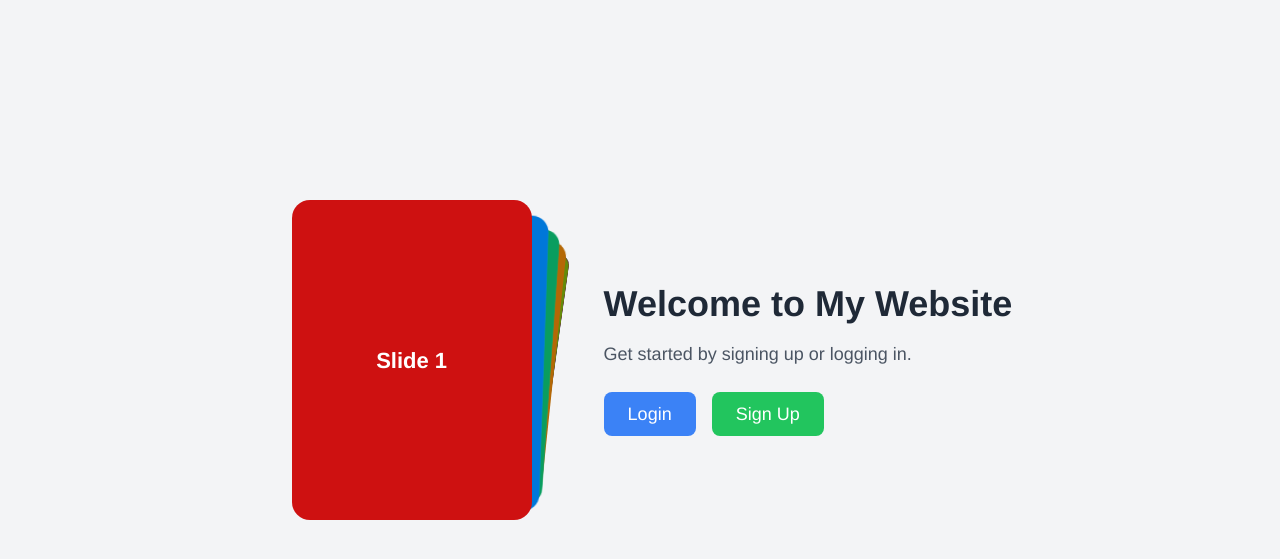
Repository: prathyushaa5/BuyYours
Page: / (app in Frontend/)
The author's editor kept a copy of each file at every save. The page is drawn from the files as they stood at one save, then again after the next save.
The browser window is 1280 px wide. The pictures show the whole page.
The project was rebuilt for these pictures with package versions that can differ from the ones it lists, and the page was loaded fresh each time. Also part of the build but not shown: Frontend/vite.config.js, Frontend/src/components/Login.jsx, Frontend/src/components/Signup.jsx, Frontend/src/components/Home.jsx.

Above is the page before, as saved 2025-02-12 08:32:58.

### Frontend/src/App.jsx
import { BrowserRouter as Router, Routes, Route } from "react-router-dom";
import { useState } from "react";
import Main from "./components/Main";
import Login from "./components/Login";
import Signup from "./components/Signup";
import Home from "./components/Home";

export default function App() {
  const [token, setToken] = useState(null);

  const handleLogin = (userToken) => {
    setToken(userToken);
  };

  return (
    <Router>
      <Routes>
        {/* Show Main page first */}
        <Route path="/" element={<Main />} />

        {/* Login Page */}
        <Route path="/login" element={<Login onLogin={handleLogin} />} />

        {/* Signup Page */}
        <Route path="/signup" element={<Signup />} />

        {/* Home Page (Protected) */}
        <Route path="/home" element={token ? <Home /> : <Login onLogin={handleLogin} />} />
      </Routes>
    </Router>
  );
}

### Frontend/src/components/Main.jsx
import { useNavigate } from "react-router-dom";
import { Swiper, SwiperSlide } from "swiper/react";
import { EffectCards } from "swiper/modules";
import "swiper/css";
import "swiper/css/effect-cards";
import "../style.css";

export default function Main() {
  const navigate = useNavigate();

  return (
    <div className="flex items-center justify-center min-h-screen bg-gray-100 p-6">
      {/* Left: Swiper Section */}
      <div className="w-72 mr-12">
      <Swiper
        effect={'cards'}
        grabCursor={true}
        modules={[EffectCards]}
        className="mySwiper"
      >
        <SwiperSlide>Slide 1</SwiperSlide>
        <SwiperSlide>Slide 2</SwiperSlide>
        <SwiperSlide>Slide 3</SwiperSlide>
        <SwiperSlide>Slide 4</SwiperSlide>
        <SwiperSlide>Slide 5</SwiperSlide>
        <SwiperSlide>Slide 6</SwiperSlide>
        <SwiperSlide>Slide 7</SwiperSlide>
        <SwiperSlide>Slide 8</SwiperSlide>
        <SwiperSlide>Slide 9</SwiperSlide>
      </Swiper>
      </div>

      {/* Right: Welcome Text & Buttons */}
      <div className="flex flex-col items-start">
        <h1 className="text-4xl font-extrabold text-gray-800 mb-4">
          Welcome to My Website
        </h1>
        <p className="text-lg text-gray-600 mb-6">
          Get started by signing up or logging in.
        </p>

        <div className="flex space-x-4">
          <button
            onClick={() => navigate("/login")}
            className="px-6 py-2 bg-blue-500 text-white text-lg rounded-lg hover:bg-blue-600 transition"
          >
            Login
          </button>
          <button
            onClick={() => navigate("/signup")}
            className="px-6 py-2 bg-green-500 text-white text-lg rounded-lg hover:bg-green-600 transition"
          >
            Sign Up
          </button>
        </div>
      </div>
    </div>
  );
}

### Frontend/src/style.css
#app { height: 100% }
html,
body {
  position: relative;
  height: 100%;
}

body {
  background: #eee;
  font-family: Helvetica Neue, Helvetica, Arial, sans-serif;
  font-size: 14px;
  color: #000;
  margin: 0;
  padding: 0;
}

body {
  background: #fff;
  font-family: Helvetica Neue, Helvetica, Arial, sans-serif;
  font-size: 14px;
  color: #000;
  margin: 0;
  padding: 0;
}

html,
body {
  position: relative;
  height: 100%;
}

#app {
  display: flex;
  justify-content: center;
  align-items: center;
}

.swiper {
  width: 240px;
  height: 320px;
}

.swiper-slide {
  display: flex;
  align-items: center;
  justify-content: center;
  border-radius: 18px;
  font-size: 22px;
  font-weight: bold;
  color: #fff;
}

.swiper-slide:nth-child(1n) {
  background-color: rgb(206, 17, 17);
}

.swiper-slide:nth-child(2n) {
  background-color: rgb(0, 140, 255);
}

.swiper-slide:nth-child(3n) {
  background-color: rgb(10, 184, 111);
}

.swiper-slide:nth-child(4n) {
  background-color: rgb(211, 122, 7);
}

.swiper-slide:nth-child(5n) {
  background-color: rgb(118, 163, 12);
}

.swiper-slide:nth-child(6n) {
  background-color: rgb(180, 10, 47);
}

.swiper-slide:nth-child(7n) {
  background-color: rgb(35, 99, 19);
}

.swiper-slide:nth-child(8n) {
  background-color: rgb(0, 68, 255);
}

.swiper-slide:nth-child(9n) {
  background-color: rgb(218, 12, 218);
}

.swiper-slide:nth-child(10n) {
  background-color: rgb(54, 94, 77);
}

Loaded but not shown: Frontend/index.html (common file); Frontend/src/main.jsx (common file); Frontend/src/index.css (common file); Frontend/tailwind.config.js (common file)

After the next save:
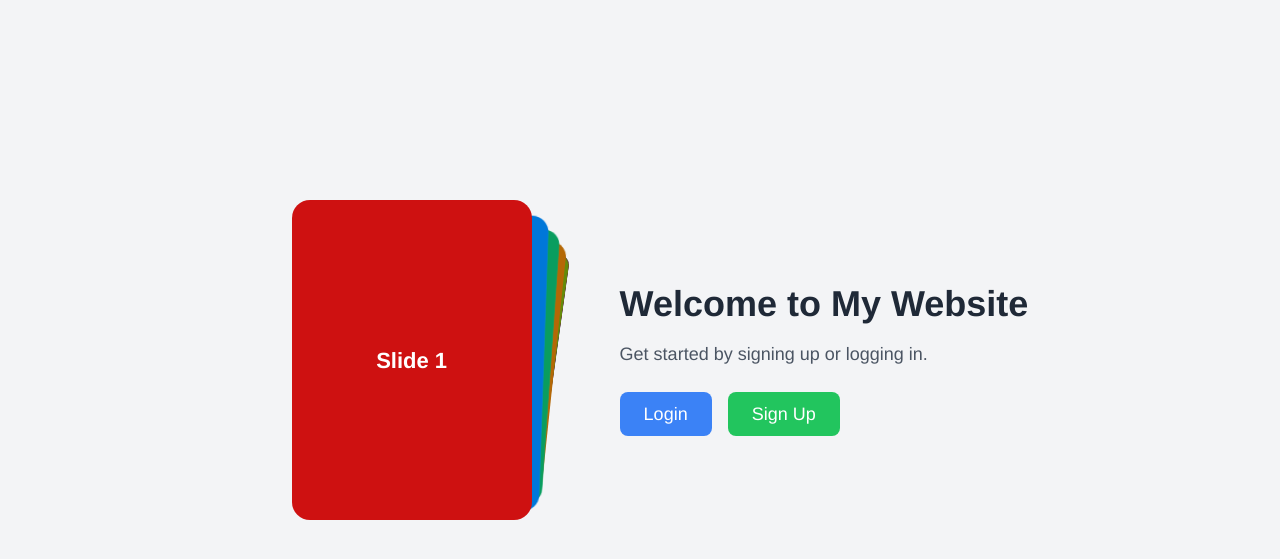
Saved 9 s later.
--- a/Frontend/src/components/Main.jsx
+++ b/Frontend/src/components/Main.jsx
@@ -11,7 +11,7 @@ export default function Main() {
   return (
     <div className="flex items-center justify-center min-h-screen bg-gray-100 p-6">
       {/* Left: Swiper Section */}
-      <div className="w-72 mr-12">
+      <div className="w-80 mr-12">
       <Swiper
         effect={'cards'}
         grabCursor={true}
